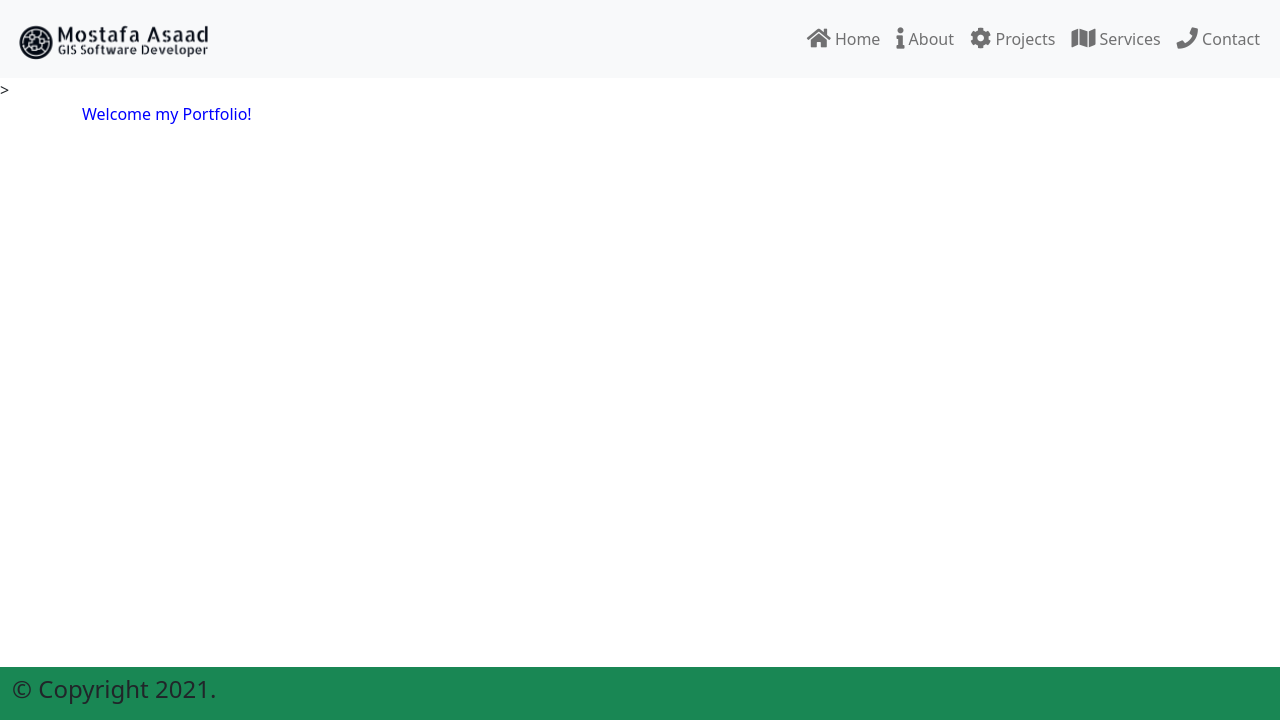
Repository: Mostafa-Asaad/Portfolio
Page: http://localhost/
An editor plug-in stored every save of this project. The page is shown before and after the next save, followed by the edit.
The browser window is 1280 px wide. The pictures show the whole page.
The page is served by the project's Node server (index.js).

Above is the page before, as saved 2021-06-04 19:10:17.

After the next save:
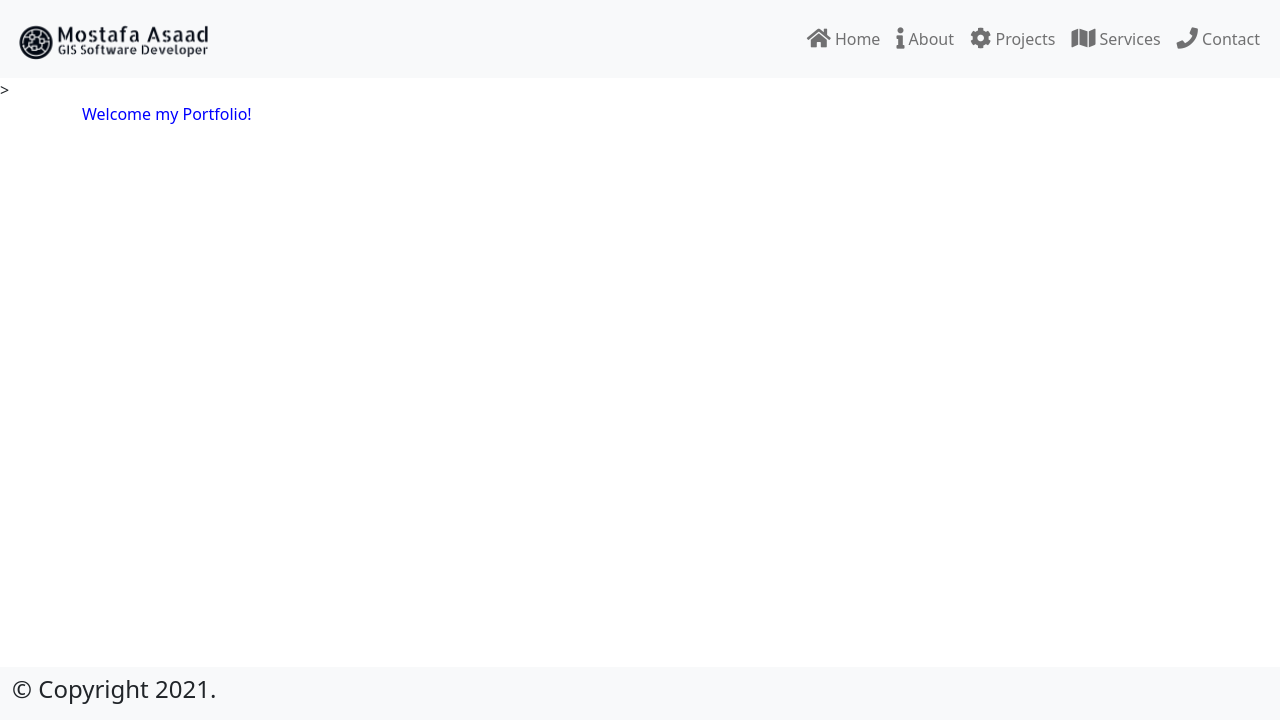
Saved 25 s later.
--- a/Server/Views/components/footer.ejs
+++ b/Server/Views/components/footer.ejs
@@ -1,4 +1,4 @@
-<nav class="navbar fixed-bottom navbar-success bg-success">
+<nav class="navbar fixed-bottom navbar-light bg-light">
     <div class="container-fluid">
       <h4>&copy; Copyright 2021.</h4>
     </div>
